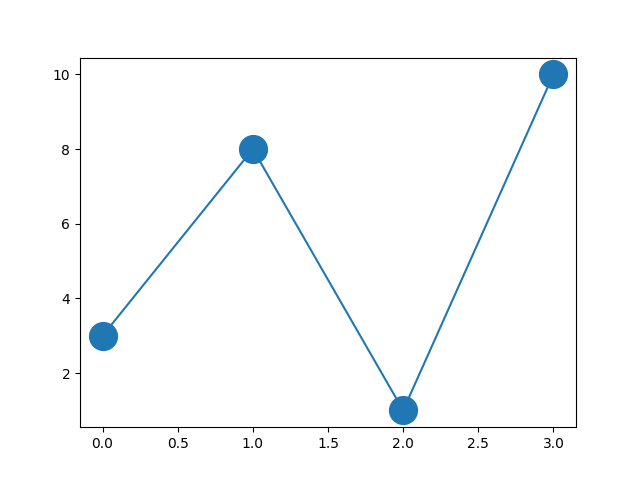
Repository: rupeshkofficial/Python-Code
Script's output: python MATPLOTLIB/3_matplotlibmarkers.py
An editor plug-in stored every save of this project. The script's output is shown before and after the next save, followed by the edit.
Each picture stacks the figures in order, with grey between them; figures that are only written to a file come last. Random numbers start from a fixed seed.

Above is the script's output before, as saved 2024-05-22 14:56:30.

### MATPLOTLIB/3_matplotlibmarkers.py
# Marker Size - ms

import matplotlib.pyplot as plt
import numpy as np

ypoints = np.array([3,8,1,10])
plt.plot(ypoints, marker = 'o', ms = 20)
plt.show()

# Marker Color - mec

After the next save:
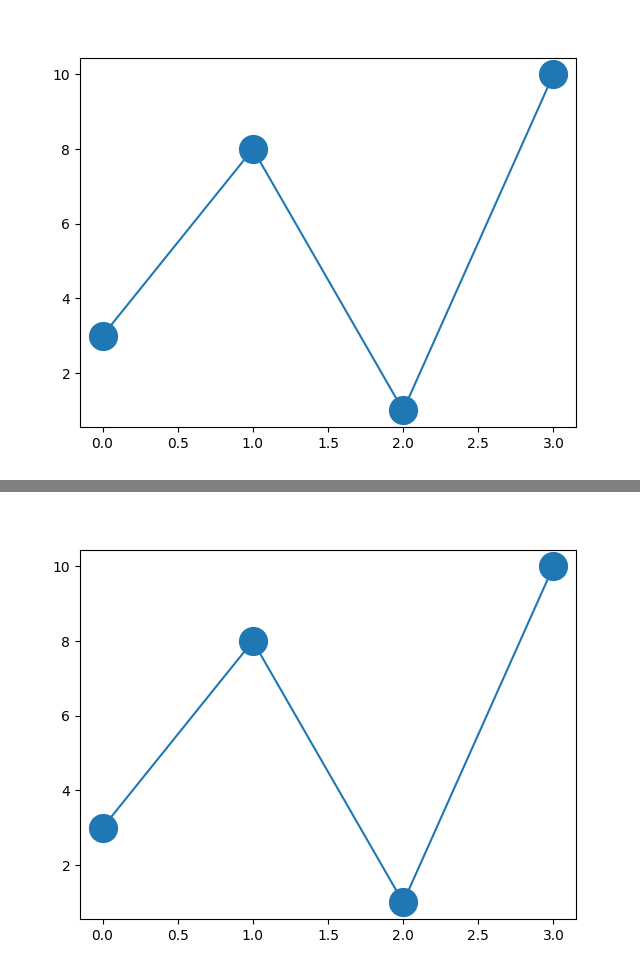
Saved 6 s later.
--- a/MATPLOTLIB/3_matplotlibmarkers.py
+++ b/MATPLOTLIB/3_matplotlibmarkers.py
@@ -8,3 +8,10 @@ plt.plot(ypoints, marker = 'o', ms = 20)
 plt.show()
 
 # Marker Color - mec
+
+import matplotlib.pyplot as plt
+import numpy as np
+
+ypoints = np.array([3,8,1,10])
+plt.plot(ypoints, marker = 'o', ms = 20)
+plt.show()
